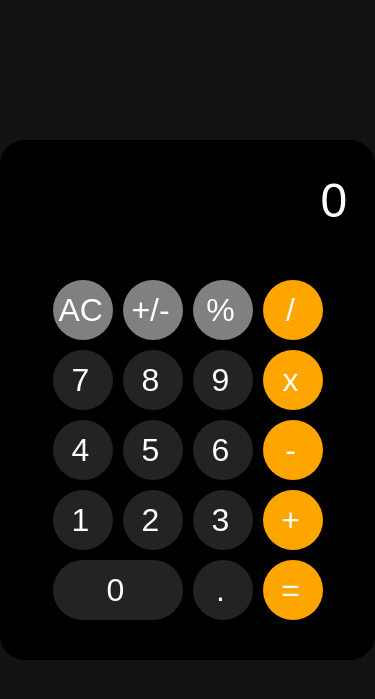
Repository: EguJaredoBoyd/IgHub
Page: mId-week-project/index.html
The author's editor kept a copy of each file at every save. The page is drawn from the files as they stood at one save, then again after the next save.
The browser window is 375 px wide. The pictures show the whole page.

Above is the page before, as saved 2025-03-01 21:56:57.

After the next save:
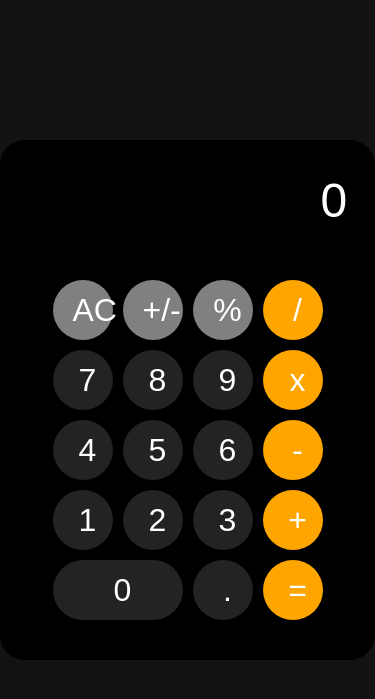
Saved 6 min 32 s later.
--- a/mId-week-project/styles.css
+++ b/mId-week-project/styles.css
@@ -114,6 +114,7 @@ button:active {
         width: 60px;
         height: 60px;
         font-size: 2rem;
+        padding-left: 20px;
     }
 
     #keys {
